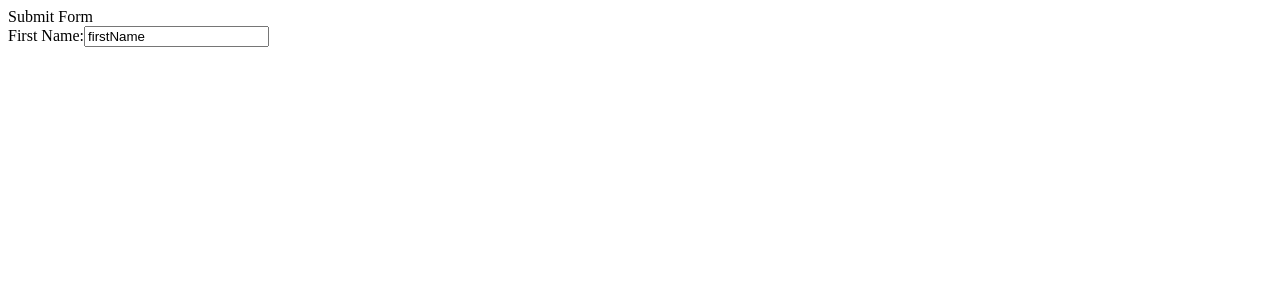
Repository: riishraj1821/Learning-with-maven
Page: http://localhost/java_beans_with_web_form/form.jsp
These files come from the project's save history. The page is drawn as it stood at one moment and after the next save; the edit follows.
The browser window is 1280 px wide. The pictures show the whole page.
The page is served by Tomcat 9.

Above is the page before, as saved 2024-10-10 09:24:03.

After the next save:
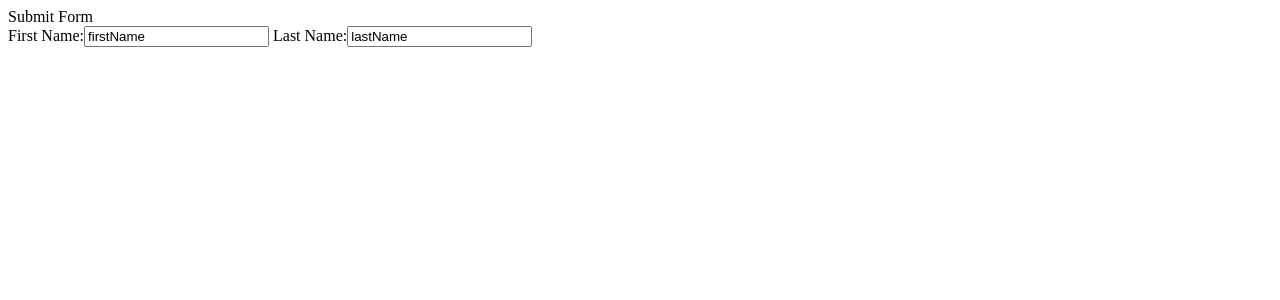
Saved 14 s later.
--- a/java_beans_with_web_form/src/main/webapp/form.jsp
+++ b/java_beans_with_web_form/src/main/webapp/form.jsp
@@ -12,6 +12,7 @@ Submit Form<br/>
 
 <form action="formValues.jsp">
 First Name:<input type="text" value="firstName"/>
+Last Name:<input type="text" value="lastName"/>
 
 </form>
 
